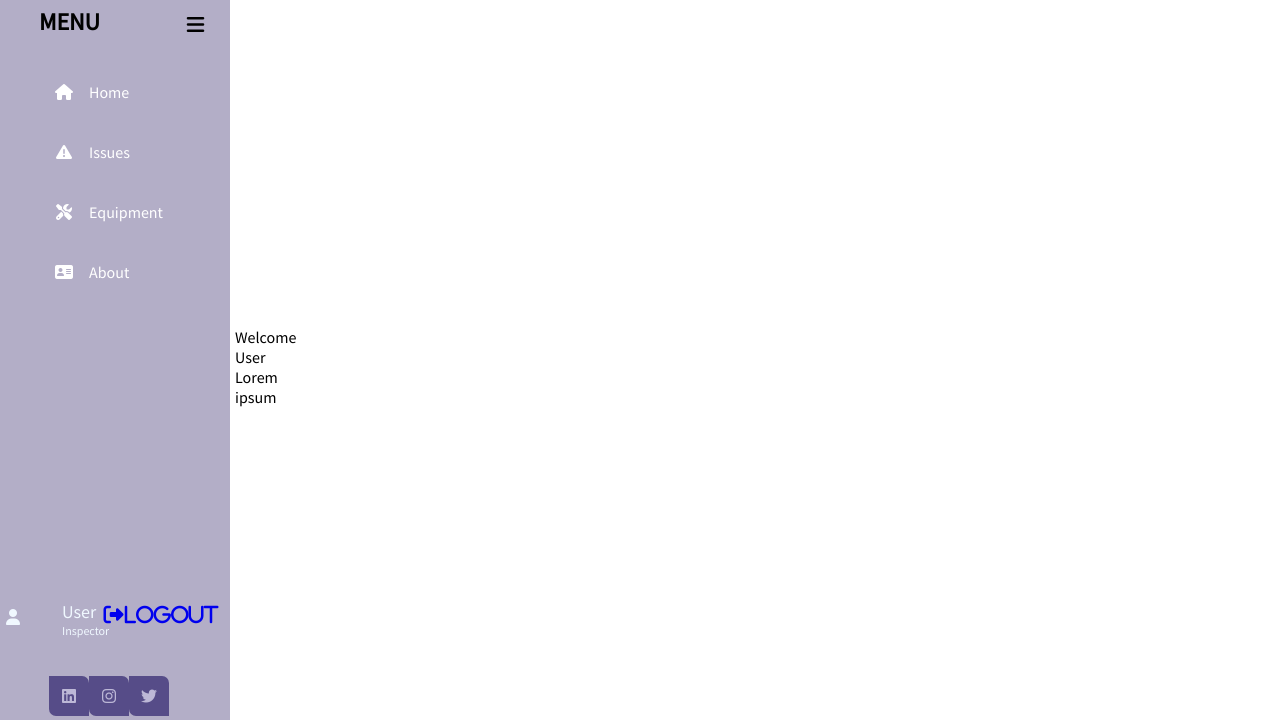
Repository: Lungdjos/ZescoIssueTS
Page: zits/src/main/resources/templates/about_us.html
These files come from the project's save history. The page is drawn as it stood at one moment and after a run of saves; the edit follows.
The browser window is 1280 px wide. The pictures show the whole page.
Pictures or frames that could not be fetched are drawn as grey boxes. Some web libraries are served in a nearby version.

Above is the page before, as saved 2021-07-10 04:22:07.

### zits/src/main/resources/templates/about_us.html
<!DOCTYPE html>
<html lang="en">

<head>
    <meta charset="UTF-8">
    <meta http-equiv="X-UA-Compatible" content="IE=7">
    <meta name="viewport" content="width=device-width, initial-scale=1.0">
    <title>About Us Page</title>
    <link rel="stylesheet" href="/css/styles.css">

    <script src="https://kit.fontawesome.com/953cd41e6c.js" crossorigin="anonymous"></script>
</head>

<body>
    <div class="wrapper">
        <div class="sidebar">
            <div class="logo_content">
                <div class="logo">
                    <h2>Menu</h2>
                </div>
                <i class="fas fa-bars" id="btn"></i>
            </div>


            <ul class="nav_list">

                <li>
                    <a href="#"><i class="fas fa-home"></i><span class="links_name"> Home</span></a>
                </li>
                <li>
                    <a href="#"><i class="fas fa-exclamation-triangle"></i><span class="links_name"> Issues</span></a>
                </li>
                <li>
                    <a href="#"><i class="fas fa-tools"></i><span class="links_name"> Equipment</span></a>
                </li>
                <li>
                    <a href="#"><i class="fas fa-address-card"></i><span class="links_name"> About</span></a>
                </li>

                <div class="social_media">
                    <a href="#"><i class="fab fa-linkedin"></i></a>
                    <a href="#"><i class="fab fa-instagram"></i></a>
                    <a href="#"><i class="fab fa-twitter"></i></a>
                </div>
            </ul>
            <div class="profile_content">
                <div class="profile">
                    <div class="profile_details">
                        <i class="fas fa-user"></i>
                        <div class="role_title">
                            <div class="name">User</div>
                            <div class="role">Inspector</div>
                        </div>
                    </div>
                    <a href="#"><i class="fas fa-sign-out-alt" id="log_out">Logout</i></a>
                </div>
            </div>
            <div class="main_content">
                <div class="header">Welcome User</div>
                <div class="info">Lorem ipsum</div>
            </div>
        </div>
        <h2 style="color: black;">The About Page</h2>
    </div>





</body>

</html>

### zits/src/main/resources/templates/css/styles.css
@import url('https://fonts.googleapis.com/css2?family=Source+Sans+Pro&display=swap');
* {
    margin: 0;
    padding: 0;
    box-sizing: border-box;
    list-style: none;
    text-decoration: none;
    font-family: Source Sans Pro;
}

body {
    position: relative;
    min-height: 100vh;
    width: 100%;
    overflow: hidden;
}

.wrapper {}


/**Side Bar Props*/

.sidebar {
    position: fixed;
    top: 0;
    left: 0;
    height: 100%;
    width: 230px;
    background: #b3aec7;
    padding: 6px 14px;
}

.social_media {
    position: absolute;
    bottom: 4px;
    left: 50%;
    display: flex;
    transform: translateX(-55%);
}

.social_media a {
    display: block;
    width: 40px;
    background: #564c88;
    height: 40px;
    line-height: 40px;
    text-align: center;
    margin: 0, 5px;
    color: #bdb8d7;
    border-top-right-radius: 7px;
    border-bottom-left-radius: 7px;
}

.logo_content .logo {
    margin-right: 5px;
}

.sidebar h2 {
    text-transform: uppercase;
    margin-bottom: 30px;
    margin-left: 25px;
}

.sidebar #btn {
    position: absolute;
    color: #000;
    left: 85%;
    top: 5px;
    font-size: 20px;
    height: 40px;
    width: 40px;
    text-align: center;
    line-height: 40px;
    transform: translateX(-50%);
}

.sidebar ul {
    margin: 20px;
}

.sidebar ul li {
    position: relative;
    height: 60px;
    width: 110%;
    margin: 0 5px;
    list-style: none;
    line-height: 50px;
}

.sidebar ul li a {
    color: #fff;
    display: flex;
    align-items: center;
    text-decoration: none;
    transition: all 0.35s ease;
    border-radius: 12px;
}

.sidebar ul li a:hover {
    color: green;
    background: orange;
}

.sidebar ul li a .fas {
    height: 50px;
    min-width: 50px;
    border-radius: 12px;
    line-height: 50px;
    text-align: center;
}

.sidebar .profile_content {
    position: absolute;
    color: aliceblue;
    left: 0;
    bottom: 80px;
    width: 100%;
}

.sidebar .profile_content .profile {
    position: relative;
    padding: 10px 6px;
    height: 50px;
}

.sidebar .profile_content .profile:hover {
    background: greenyellow;
    color: #000;
}

.sidebar .profile_content .profile .profile_details {
    display: flex;
    align-items: center;
}

.profile .profile_details .fas {
    height: 20px;
    width: 50px;
    object-fit: cover;
}

.profile .profile_details .role_title {
    margin-left: 6px;
}

.profile .profile_details .name {
    font-size: 18px;
    font-weight: 400;
}

.profile .profile_details .role {
    font-size: 12px;
    font-weight: 200;
}

.profile #log_out {
    position: absolute;
    left: 70%;
    bottom: 0.01em;
    transform: translateX(-50%);
    transform: rotateY('180');
    min-width: 50px;
    line-height: 50px;
    font-size: 20px;
    border-radius: 12px;
}

.profile #log_out:hover {
    color: red;
}

.main_content {
    position: absolute;
    height: 100%;
    width: calc(100%-40);
    left: 235px;
    background:
}

After the next 3 saves:
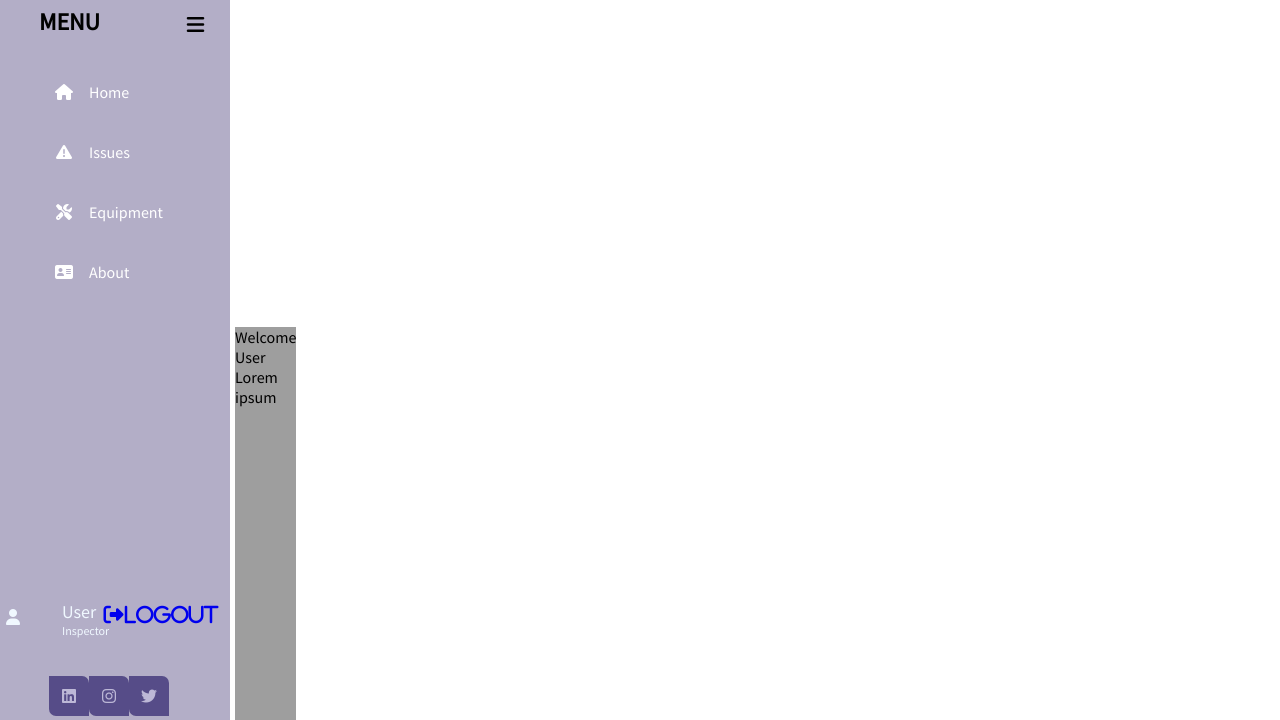
The 3 saves are shown as one change because they came seconds apart.
The last was saved 118 s later.
--- a/zits/src/main/resources/templates/css/styles.css
+++ b/zits/src/main/resources/templates/css/styles.css
@@ -174,5 +174,5 @@
     height: 100%;
     width: calc(100%-40);
     left: 235px;
-    background:
+    background: url(../img)
 }
